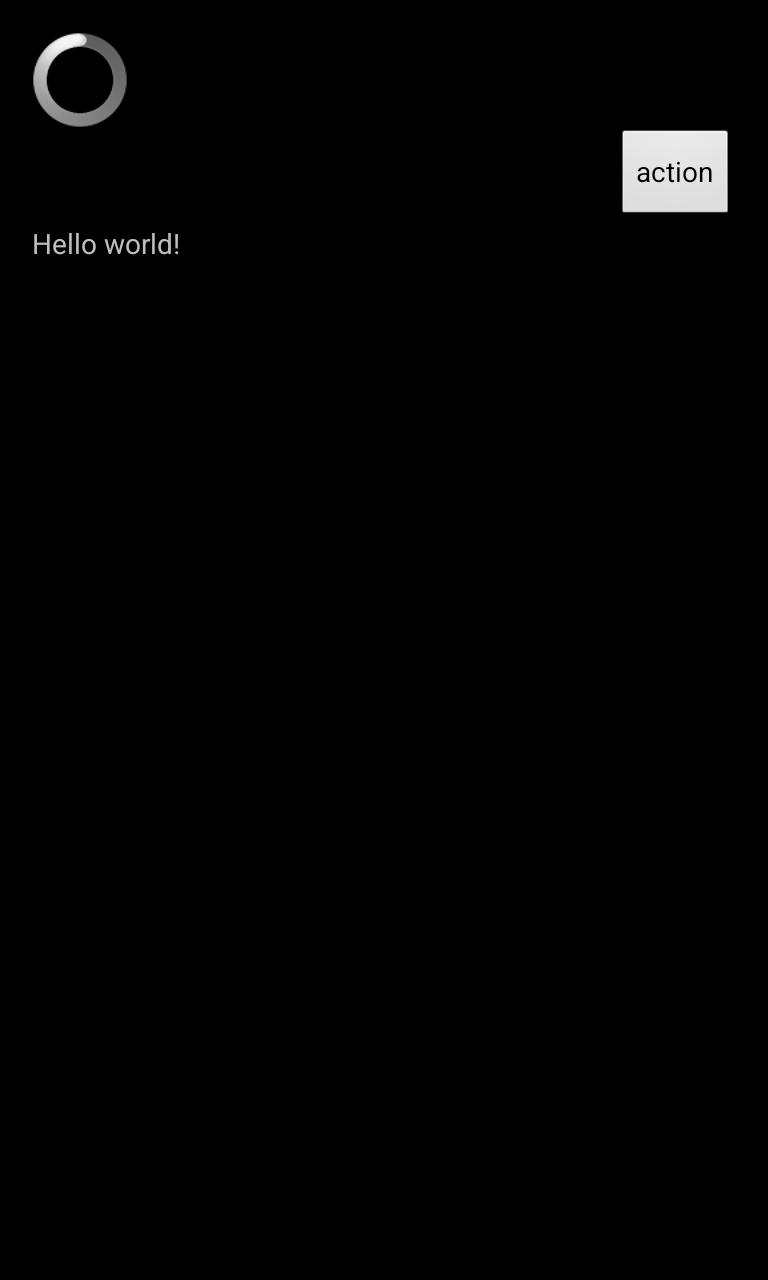
Repository: pancho1313/practica2tests
Layout: MyOrientation/res/layout/activity_my_orientation_test.xml
An editor plug-in stored every save of this project. The layout is shown before and after the next save, followed by the edit.
It is drawn on a 768 x 1280 px phone screen (xhdpi) without system bars, with theme android:Theme.NoTitleBar.Fullscreen; the app's code is not run.

Above is the layout before, as saved 2014-01-13 00:51:59.

### MyOrientation/res/layout/activity_my_orientation_test.xml
<LinearLayout xmlns:android="http://schemas.android.com/apk/res/android"
    xmlns:tools="http://schemas.android.com/tools"
    android:layout_width="match_parent"
    android:layout_height="match_parent"
    android:paddingBottom="@dimen/activity_vertical_margin"
    android:paddingLeft="@dimen/activity_horizontal_margin"
    android:paddingRight="@dimen/activity_horizontal_margin"
    android:paddingTop="@dimen/activity_vertical_margin"
    tools:context=".MyOrientationTest"
    android:orientation="vertical" >

    <ProgressBar
        android:id="@+id/verticalGs"
        style="?android:attr/progressBarStyleVertical"
        android:layout_width="wrap_content"
        android:layout_height="wrap_content"
        android:layout_weight="0" />

    <Button
        android:id="@+id/actionButton"
        android:layout_width="wrap_content"
        android:layout_height="wrap_content"
        android:layout_weight="0"
        android:layout_gravity="right"
        android:onClick="action"
        android:text="@string/action" />

    <TextView
        android:id="@+id/vals"
        android:layout_width="wrap_content"
        android:layout_height="wrap_content"
        android:text="@string/vals" />
</LinearLayout>

### MyOrientation/res/values/strings.xml
<?xml version="1.0" encoding="utf-8"?>
<resources>

    <string name="app_name">MyOrientation</string>
    <string name="action_settings">Settings</string>
    <string name="vals">Hello world!</string>
    <string name="action">action</string>

</resources>

Loaded but not shown: MyOrientation/res/values/dimens.xml (common file)

After the next save:
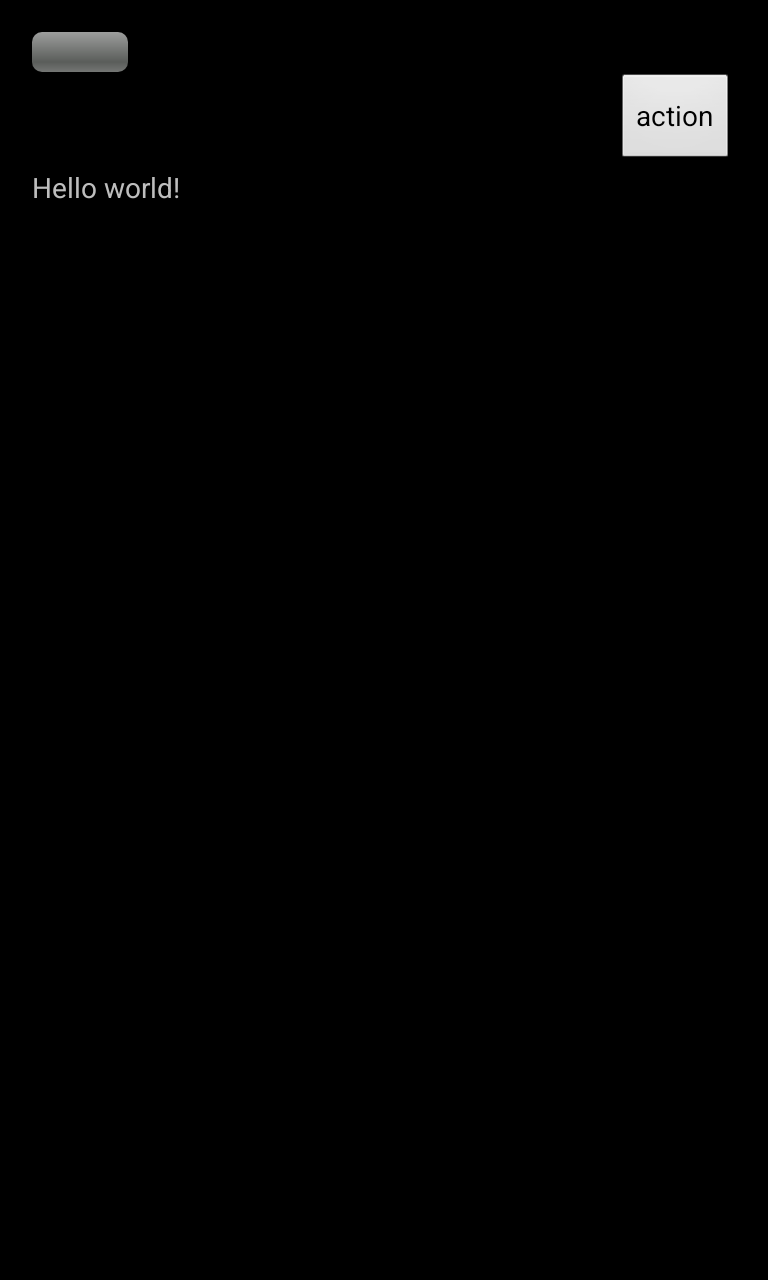
Saved 21 s later.
--- a/MyOrientation/res/layout/activity_my_orientation_test.xml
+++ b/MyOrientation/res/layout/activity_my_orientation_test.xml
@@ -11,7 +11,7 @@
 
     <ProgressBar
         android:id="@+id/verticalGs"
-        style="?android:attr/progressBarStyleVertical"
+        style="?android:attr/progressBarStyleHorizontal"
         android:layout_width="wrap_content"
         android:layout_height="wrap_content"
         android:layout_weight="0" />
